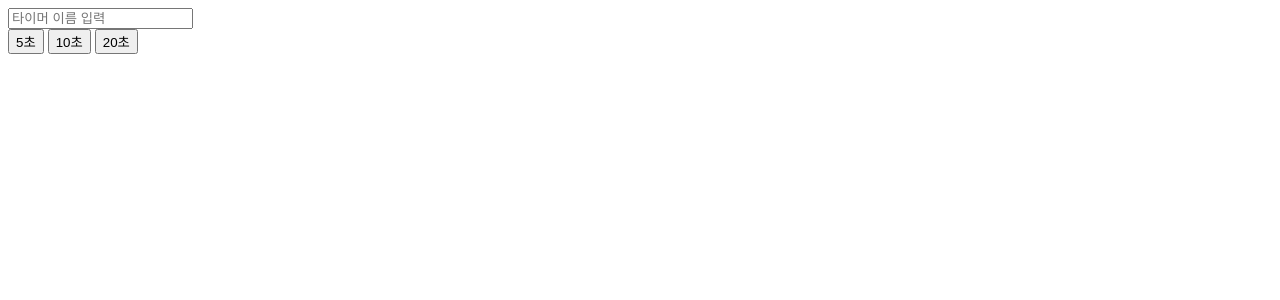
Repository: IT-magician/JS-Practice-Mission2
Page: index.html
An editor plug-in stored every save of this project. The page is shown before and after the next save, followed by the edit.
The browser window is 1280 px wide. The pictures show the whole page.

Above is the page before, as saved 2023-11-15 18:59:38.

After the next save:
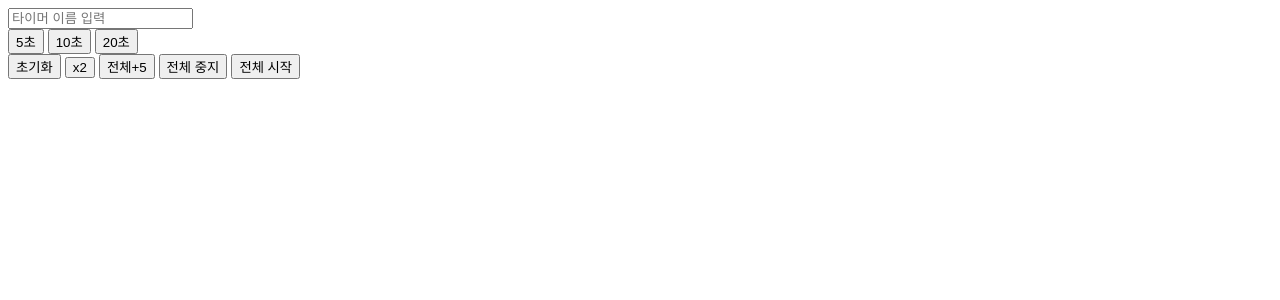
Saved 2 min 0 s later.
--- a/index.html
+++ b/index.html
@@ -17,6 +17,15 @@
           <input type="button" value="20초" />
         </div>
       </div>
+      <div class="summary"></div>
+      <div class="control">
+        <input type="button" value="초기화" />
+        <input type="button" value="x2" />
+        <input type="button" value="전체+5" />
+        <input type="button" value="전체 중지" />
+        <input type="button" value="전체 시작" />
+      </div>
+      <div class="display"></div>
     </div>
 
     <script type="module" src="./js/main.js"></script>
